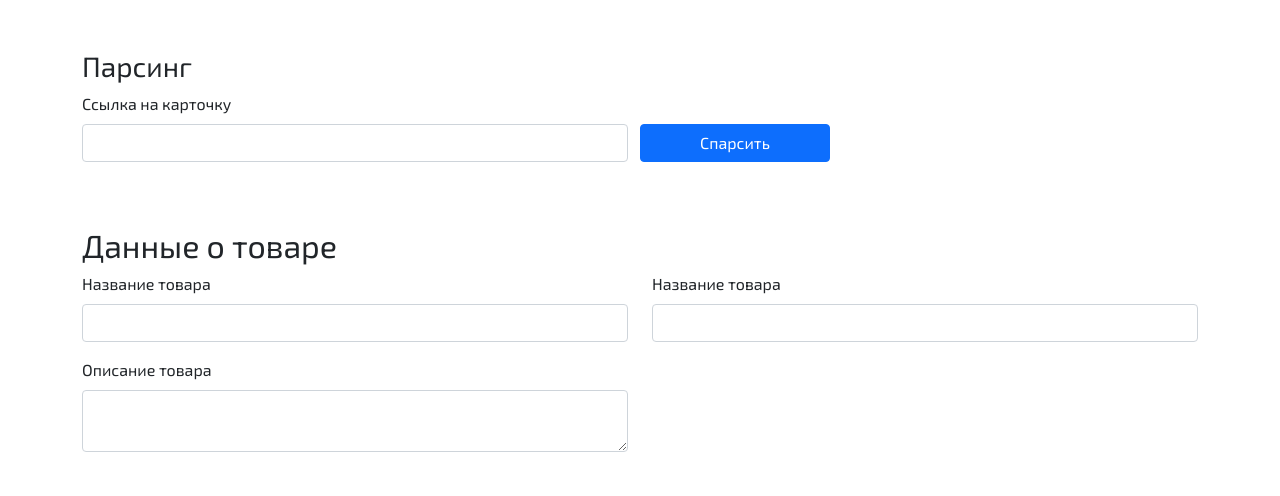
Repository: yozuul/wildberries-product-card-parser-api-exchange
Page: public/index.html
The author's editor kept a copy of each file at every save. The page is drawn from the files as they stood at one save, then again after the next save.
The browser window is 1280 px wide. The pictures show the whole page.

Above is the page before, as saved 2021-08-18 20:02:13.

### public/index.html
<!DOCTYPE html>
<html lang="en">

<head>
   <meta charset="UTF-8">
   <meta http-equiv="X-UA-Compatible" content="IE=edge">
   <meta name="viewport" content="width=device-width, initial-scale=1.0">
   <title>Document</title>
   <link href="https://cdn.jsdelivr.net/npm/bootstrap@5.1.0/dist/css/bootstrap.min.css" rel="stylesheet" integrity="sha384-KyZXEAg3QhqLMpG8r+8fhAXLRk2vvoC2f3B09zVXn8CA5QIVfZOJ3BCsw2P0p/We" crossorigin="anonymous">
   <link rel="stylesheet" href="style.css">

</head>

<body>
   <div class="container">
      <form class="row parser_form_wrapper align-items-end">
            <div class="mb-3 col-6">
               <h3>Парсинг</h3>
               <label for="cardProductURL" class="form-label">Ссылка на карточку</label>
               <input type="text" class="form-control" id="cardProductURL">
            </div>
            <button type="submit" class="btn btn-primary mb-3 col-2">Спарсить</button>
          </form>
      </div>


    <form class="container mt-5">
       <div class="row">
          <h2 class="col-12">Данные о товаре</h2>
          <div class="col">
            <div class="mb-3">
               <label for="productName" class="form-label">Название товара</label>
               <input type="text" class="form-control" id="productName">
            </div>
            <div class="mb-3">
               <label for="productName" class="form-label">Описание товара</label>
               <textarea type="text" class="form-control" id="productName"></textarea>
            </div>
          </div>
          <div class="col">
            <label for="productName" class="form-label">Название товара</label>
            <input type="text" class="form-control" id="productName">
          </div>
       </div>
    </form>

   <!-- <form class="productFormWrapper">
      <div class="productFormWrapperLeft productForm">
            <h3>Данные о товаре</h3>
            <div class="inputWrapper">
               <p>Название товара</p>
               <input type="text" name="productName" id="productName">
            </div>
            <div class="inputWrapper">
               <p>Описание товара</p>
               <textarea name="productDesc" id="productDesc"></textarea>
            </div>
            <div class="inputWrapper">
               <p>Бренд</p>
               <input type="text" name="productBrand" id="productBrand">
            </div>
            <div class="inputWrapper">
               <p>Цена</p>
               <input type="text" name="productPrice" id="productPrice">
            </div>
            <div class="inputWrapper">
               <p>Изображения</p>
            </div>
      </div>
      <div class="productFormWrapperRight productForm">
         <h3>Описание и характеристики</h3>
      </div>
   </form> -->
   <script src="index.js"></script>
</body>

</html>

### public/style.css
@import url('https://fonts.googleapis.com/css2?family=Exo+2&display=swap');

* {
   font-family: 'Exo 2', sans-serif;
}

body {
   padding: 0;
   margin: 0;
}

.parser_form_wrapper {
   margin-top: 50px;
}
/* .productFormWrapper, .parseFormWrapper {
   max-width: 1200px;
   margin: auto;
   padding-top: 25px;
   padding-bottom: 25px;
}
.parseFormWrapper {
   border-bottom: 1px dotted #9999;
}
.productFormWrapper {
   display: flex;
}
.productFormWrapperLeft {
   margin-right: 50px;
}
.parseForm {
   display: flex;
   flex-wrap: wrap;
   max-width: 550px;
}
.parseForm input {
   width: 550px;
   margin-bottom: 20px;
}
.productForm {
}
.productForm input, .productForm textarea {
   width: 550px;
}
.productForm textarea {
   height: 100px;
   resize: none;
}
.parseFormWrapper p, .productFormWrapper p {
   margin-bottom: 8px;
   margin-top: 0;
}
.inputWrapper {
   margin-bottom: 15px;
} */

Loaded but not shown: index.js (no copy from this time; the picture is the same without it)

After the next save:
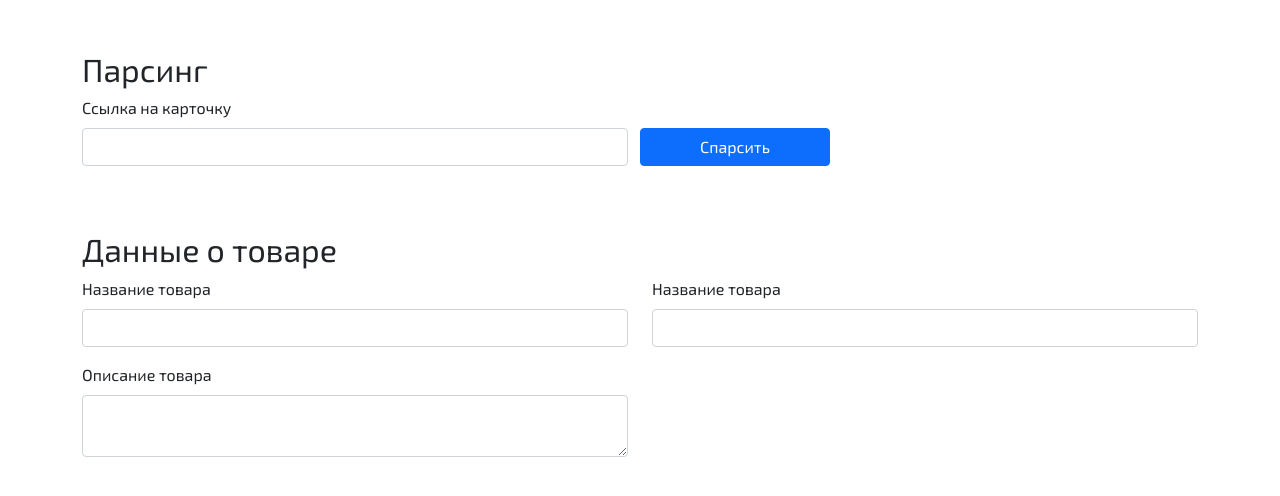
Saved 11 s later.
--- a/public/index.html
+++ b/public/index.html
@@ -15,7 +15,7 @@
    <div class="container">
       <form class="row parser_form_wrapper align-items-end">
             <div class="mb-3 col-6">
-               <h3>Парсинг</h3>
+               <h2>Парсинг</h2>
                <label for="cardProductURL" class="form-label">Ссылка на карточку</label>
                <input type="text" class="form-control" id="cardProductURL">
             </div>
